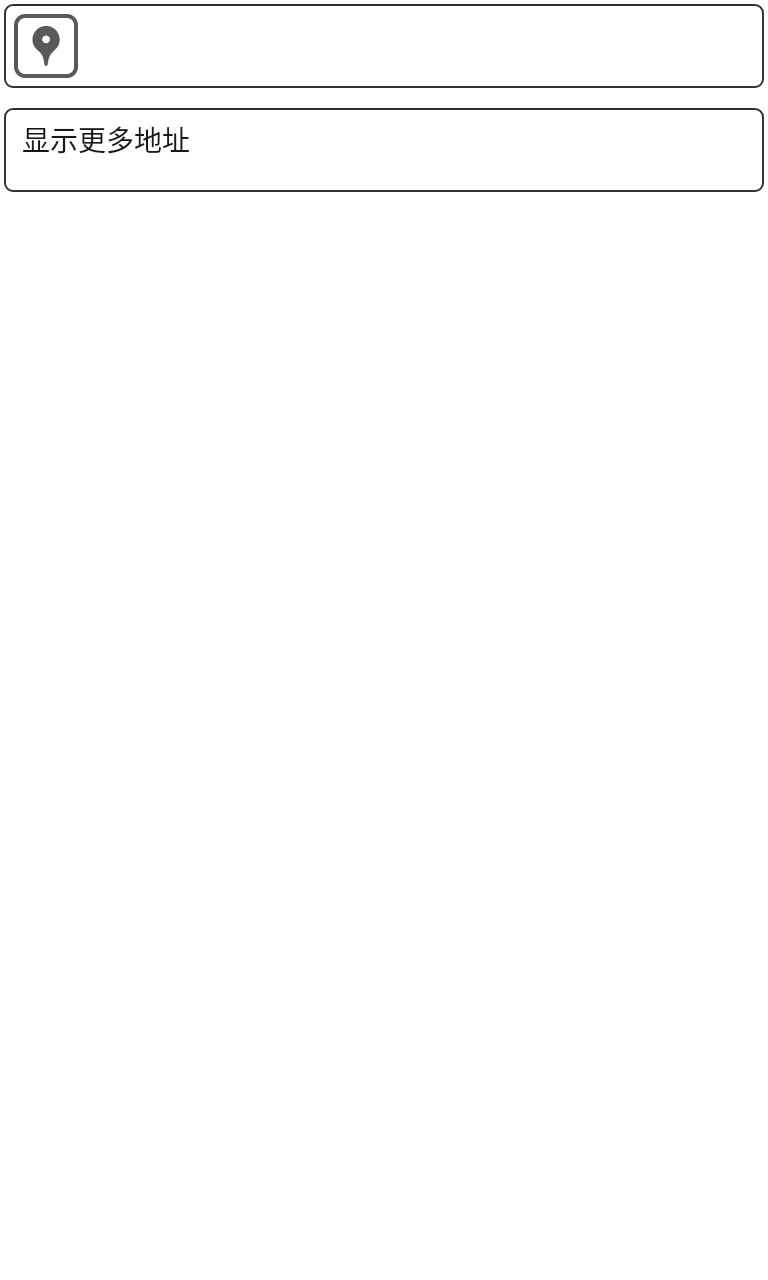
Repository: jornel/Jianjian
Layout: android/res/layout/venue_picker_page.xml
These files come from the project's save history. The layout is drawn as it stood at one moment and after the next save; the edit follows.
It is drawn on a 768 x 1280 px phone screen (xhdpi) without system bars, with theme JianjianTheme; the app's code is not run. Lists and similar views that code fills are empty.

Above is the layout before, as saved 2011-06-05 13:30:27.

After the next save:
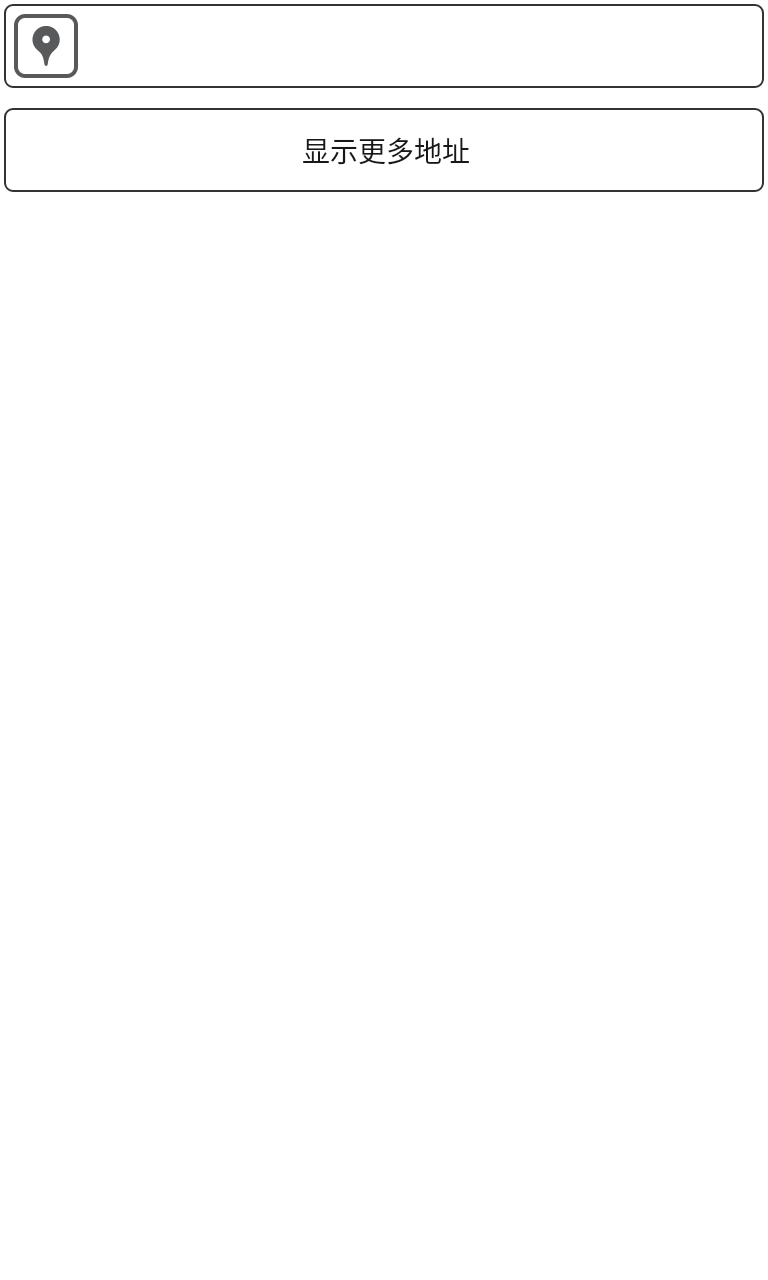
Saved 69 s later.
--- a/android/res/layout/venue_picker_page.xml
+++ b/android/res/layout/venue_picker_page.xml
@@ -83,7 +83,7 @@
       android:textAppearance="@android:style/TextAppearance.Small"
       android:singleLine="true"
       android:ellipsize="marquee"
-      android:paddingLeft="9dip" android:layout_gravity="center_vertical"/>
+      android:paddingLeft="9dip" android:layout_gravity="center_vertical" android:gravity="center"/>
 
   </LinearLayout>
 
